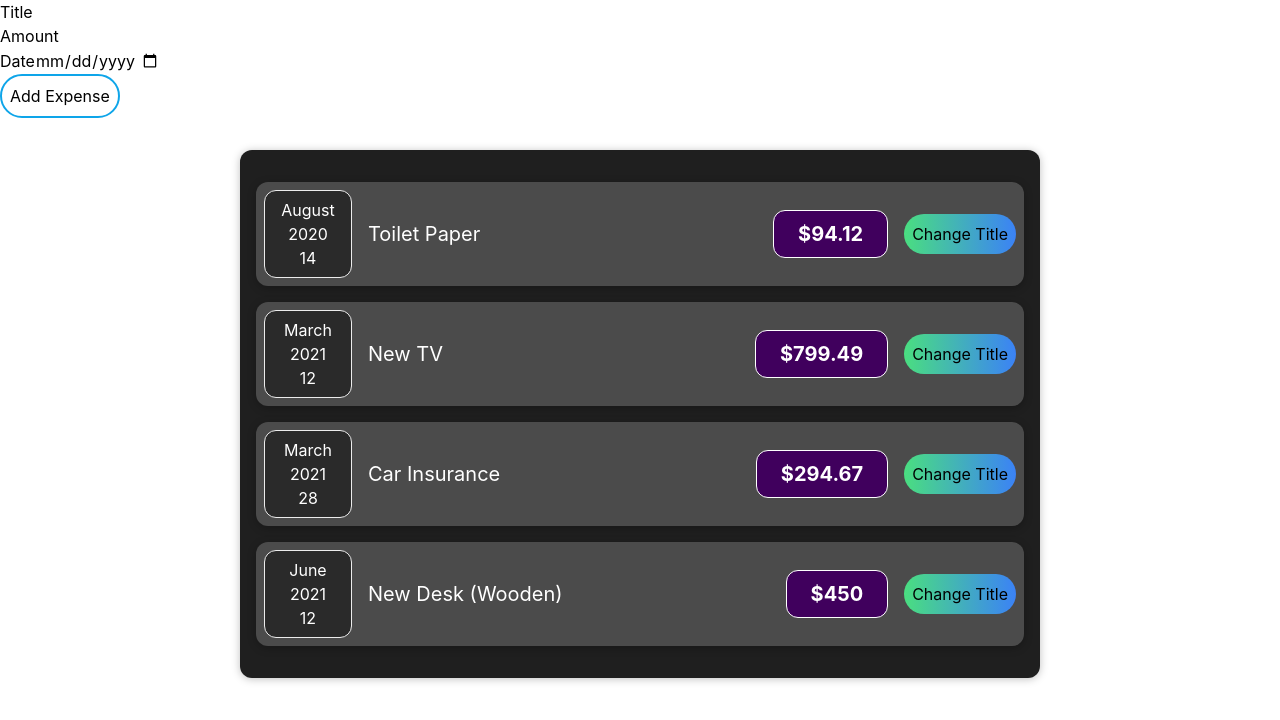
Repository: Sef24/expense-tracker
Page: /
The author's editor kept a copy of each file at every save. The page is drawn from the files as they stood at one save, then again after the next save.
The browser window is 1280 px wide. The pictures show the whole page.
The project was rebuilt for these pictures with package versions that can differ from the ones it lists, and the page was loaded fresh each time. Also part of the build but not shown: src/components/NewExpense/NewExpense.css, src/components/NewExpense/ExpenseForm.css.

Above is the page before, as saved 2022-04-24 15:47:33.

### public/index.html
<!DOCTYPE html>
<html lang="en">
  <head>
    <meta charset="utf-8" />
    <link rel="icon" href="%PUBLIC_URL%/favicon.ico" />
    <meta name="viewport" content="width=device-width, initial-scale=1" />

    <meta
      name="description"
      content="Web site created using create-react-app"
    />
    <link rel="apple-touch-icon" href="%PUBLIC_URL%/logo192.png" />
    <!--
      manifest.json provides metadata used when your web app is installed on a
      user's mobile device or desktop. See https://developers.google.com/web/fundamentals/web-app-manifest/
    -->
    <link rel="manifest" href="%PUBLIC_URL%/manifest.json" />
    <!--
      Notice the use of %PUBLIC_URL% in the tags above.
      It will be replaced with the URL of the `public` folder during the build.
      Only files inside the `public` folder can be referenced from the HTML.

      Unlike "/favicon.ico" or "favicon.ico", "%PUBLIC_URL%/favicon.ico" will
      work correctly both with client-side routing and a non-root public URL.
      Learn how to configure a non-root public URL by running `npm run build`.
    -->
    <title>React App</title>
  </head>
  <body>
    <noscript>You need to enable JavaScript to run this app.</noscript>
    <div id="root"></div>
    <!--
      This HTML file is a template.
      If you open it directly in the browser, you will see an empty page.

      You can add webfonts, meta tags, or analytics to this file.
      The build step will place the bundled scripts into the <body> tag.

      To begin the development, run `npm start` or `yarn start`.
      To create a production bundle, use `npm run build` or `yarn build`.
    -->
  </body>
</html>

### src/App.js
import Expenses from "./components/Expenses";
import NewExpense from "./components/NewExpense/NewExpense";

function App() {
  const expenses = [
    {
      id: "e1",
      title: "Toilet Paper",
      amount: 94.12,
      date: new Date(2020, 7, 14),
    },
    { id: "e2", title: "New TV", amount: 799.49, date: new Date(2021, 2, 12) },
    {
      id: "e3",
      title: "Car Insurance",
      amount: 294.67,
      date: new Date(2021, 2, 28),
    },
    {
      id: "e4",
      title: "New Desk (Wooden)",
      amount: 450,
      date: new Date(2021, 5, 12),
    },
  ];
  return (
    <div>
      <NewExpense />
      <Expenses items={expenses} />
    </div>
  );
}

export default App;

### src/components/Expenses.js
import React from "react";
import ExpenseItem from "./ExpenseItem";
import "./Expenses.css";

function Expenses(props) {
  <h1 className=""> Hello</h1>;
  return (
    <div className="expenses">
      <ExpenseItem
        title={props.items[0].title}
        amount={props.items[0].amount}
        date={props.items[0].date}
      />

      <ExpenseItem
        title={props.items[1].title}
        amount={props.items[1].amount}
        date={props.items[1].date}
      />
      <ExpenseItem
        title={props.items[2].title}
        amount={props.items[2].amount}
        date={props.items[2].date}
      />
      <ExpenseItem
        title={props.items[3].title}
        amount={props.items[3].amount}
        date={props.items[3].date}
      />
    </div>
  );
}

export default Expenses;

### src/components/NewExpense/NewExpense.js
import React from "react";
import "./NewExpense.css";
import ExpenseForm from "./ExpenseForm";

function NewExpense() {
  return (
    <div>
      <ExpenseForm onSaveExpenseData />
    </div>
  );
}

export default NewExpense;

### src/components/ExpenseItem.js
import React, { useState } from "react";
import "./ExpenseItem.css";
import ExpenseDate from "./ExpenseDate";

function ExpenseItem(props) {
  const [title, setTitle] = useState(props.title);

  const clickHandler = () => {
    setTitle("Updated");
    console.log(title);
  };

  return (
    <div className="expense-item ">
      <ExpenseDate date={props.date} />

      <div className="expense-item__description">
        <h2>{props.title}</h2>

        <div className="expense-item__price">${props.amount}</div>
      </div>
      <button
        className="p-2 ml-4 border-transparent rounded-full border-0
        bg-gradient-to-r from-green-400 to-blue-500
        hover:from-pink-500 hover:to-yellow-500 ...
        active:opacity-75"
        onClick={clickHandler}
      >
        Change Title
      </button>
    </div>
  );
}

export default ExpenseItem;

### src/components/NewExpense/ExpenseForm.js
import React, { useState } from "react";
import "./ExpenseForm.css";

function ExpenseForm() {
  const [enteredTitle, setEnteredTitle] = useState("");
  const [enteredAmount, setEnteredAmount] = useState("");
  const [enteredDate, setEnteredDate] = useState("");

  const titleChangeHandler = (event) => {
    setEnteredTitle(event.target.value);
  };

  const amountChangeHandler = (event) => {
    setEnteredAmount(event.target.value);
  };

  const dateChangeHandler = (event) => {
    setEnteredDate(event.target.value);
  };

  const submitExpenseHandler = (event) => {
    event.preventDefault();

    const expenseData = {
      title: enteredTitle,
      amount: enteredAmount,
      date: enteredDate,
    };
    console.log(expenseData);
    setEnteredTitle("");
    setEnteredAmount("");
    setEnteredDate("");
  };
  return (
    <form onSubmit={submitExpenseHandler}>
      <div>
        <div>
          <label>Title</label>
          <input
            type="text"
            value={enteredTitle}
            onChange={titleChangeHandler}
          />
        </div>

        <div>
          <label>Amount</label>
          <input
            type="number"
            value={enteredAmount}
            min="0.01"
            step="0.01"
            onChange={amountChangeHandler}
          />
        </div>

        <div>
          <label>Date</label>
          <input
            type="date"
            value={enteredDate}
            min="2019-01-01"
            max="2022-12-31"
            onChange={dateChangeHandler}
          />
        </div>
      </div>

      <div>
        <button
          className="border-solid border-2 border-sky-500 rounded-full p-2
          "
          type="submit"
        >
          Add Expense
        </button>
      </div>
    </form>
  );
}

export default ExpenseForm;

### src/components/ExpenseItem.css
.expense-item {
  display: flex;
  justify-content: space-between;
  align-items: center;
  box-shadow: 0 2px 8px rgba(0, 0, 0, 0.25);
  padding: 0.5rem;
  margin: 1rem 0;
  border-radius: 12px;
  background-color: #4b4b4b;
}

.expense-item__description {
  display: flex;
  flex-direction: column;
  gap: 1rem;
  align-items: flex-end;
  flex-flow: column-reverse;
  justify-content: flex-start;
  flex: 1;
}

.expense-item h2 {
  color: #3a3a3a;
  font-size: 1rem;
  flex: 1;
  margin: 0 1rem;
  color: white;
}

.expense-item__price {
  font-size: 1rem;
  font-weight: bold;
  color: white;
  background-color: #40005d;
  border: 1px solid white;
  padding: 0.5rem;
  border-radius: 12px;
}

@media (min-width: 580px) {
  .expense-item__description {
    flex-direction: row;
    align-items: center;
    justify-content: flex-start;
    flex: 1;
  }

  .expense-item__description h2 {
    font-size: 1.25rem;
  }

  .expense-item__price {
    font-size: 1.25rem;
    padding: 0.5rem 1.5rem;
  }
}

### src/components/ExpenseDate.js
import React from "react";
import "./ExpenseDate.css";

function ExpenseDate(props) {
  const month = props.date.toLocaleString("en-US", { month: "long" });
  const day = props.date.getDate();
  const year = props.date.getFullYear();

  return (
    <div className="expense-date">
      <div className="expense__month">{month}</div>
      <div className="expense__year">{year}</div>
      <div className="expense__day">{day}</div>
    </div>
  );
}

export default ExpenseDate;

Loaded but not shown: src/index.js (common file); src/index.css (common file); src/components/Expenses.css (common file); src/components/ExpenseDate.css (common file); tailwind.config.js (common file)

After the next save:
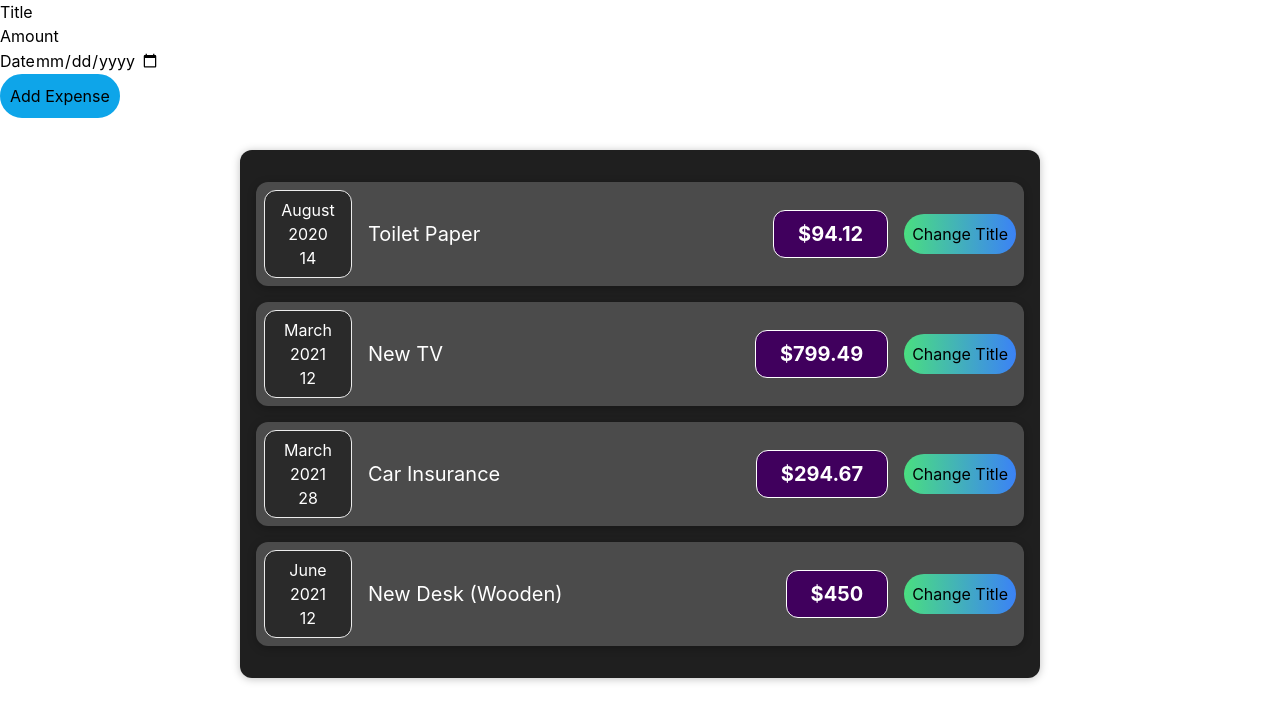
Saved 22 s later.
--- a/src/components/NewExpense/ExpenseForm.js
+++ b/src/components/NewExpense/ExpenseForm.js
@@ -69,7 +69,7 @@ function ExpenseForm() {
       <div>
         <button
           className="border-solid border-2 border-sky-500 rounded-full p-2
-          "
+          bg-sky-500 hover:bg-sky-600"
           type="submit"
         >
           Add Expense
